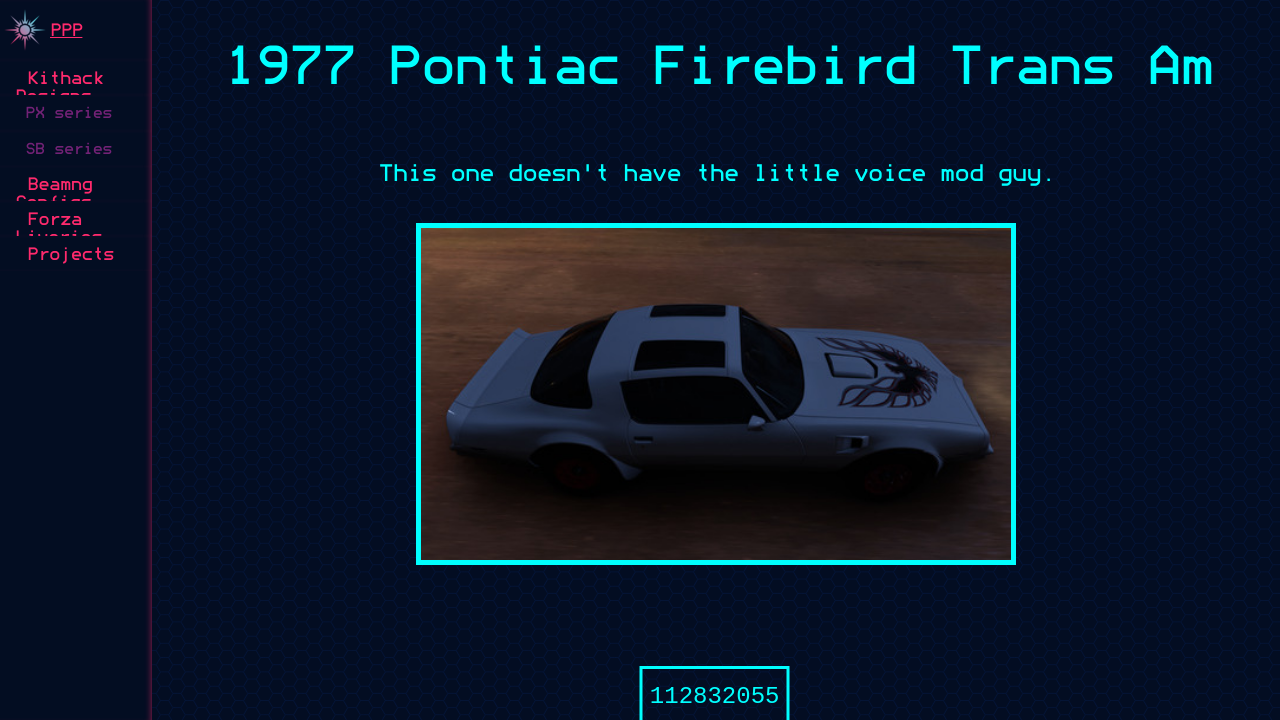
Repository: Pamishly/PamishlysPlayPlace
Page: ForzaHTML/CardPages/FH5-Redta.html
These files come from the project's save history. The page is drawn as it stood at one moment and after the next save; the edit follows.
The browser window is 1280 px wide. The pictures show the whole page.

Above is the page before, as saved 2024-09-14 16:20:41.

After the next save:
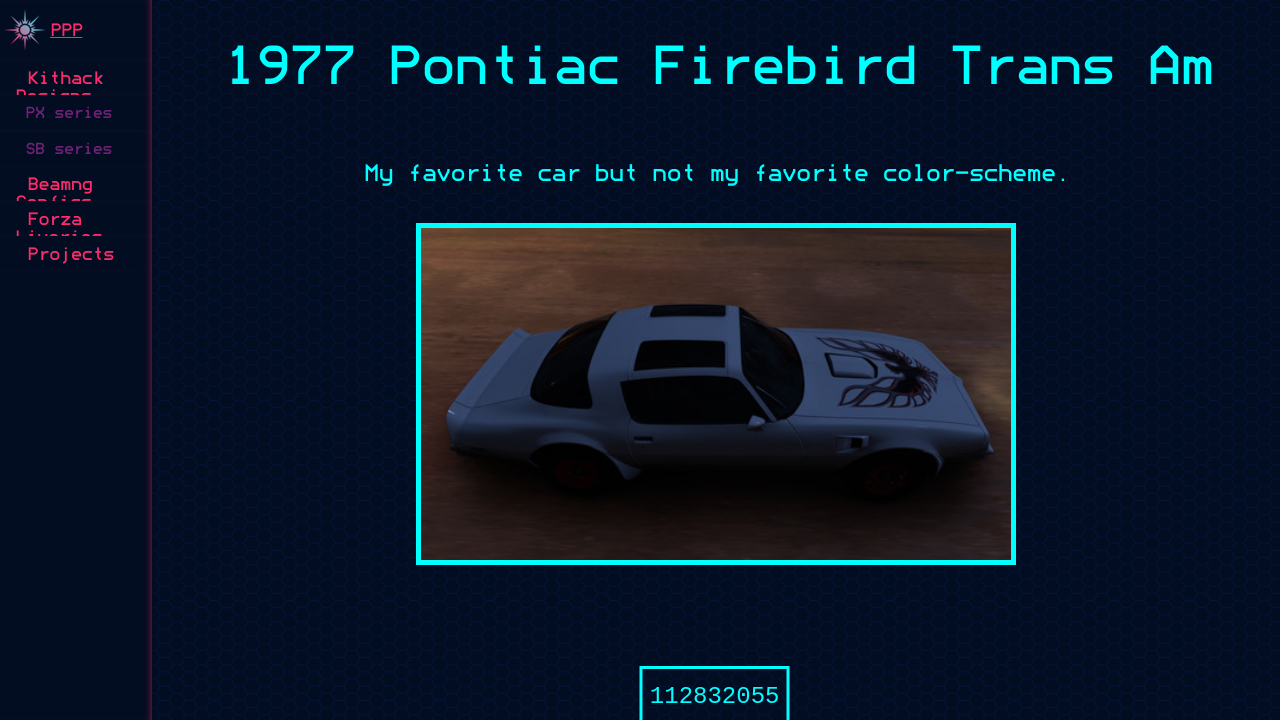
Saved 15 s later.
--- a/ForzaHTML/CardPages/FH5-Redta.html
+++ b/ForzaHTML/CardPages/FH5-Redta.html
@@ -17,7 +17,7 @@
           <div class="information">
             <h1>1977 Pontiac Firebird Trans Am</h1>
             <br>
-            <p>This one doesn't have the little voice mod guy.</p>
+            <p>My favorite car but not my favorite color-scheme.</p>
             <br>
             <img src="PageImages/FH5-Redta.jpg">
             <br>
